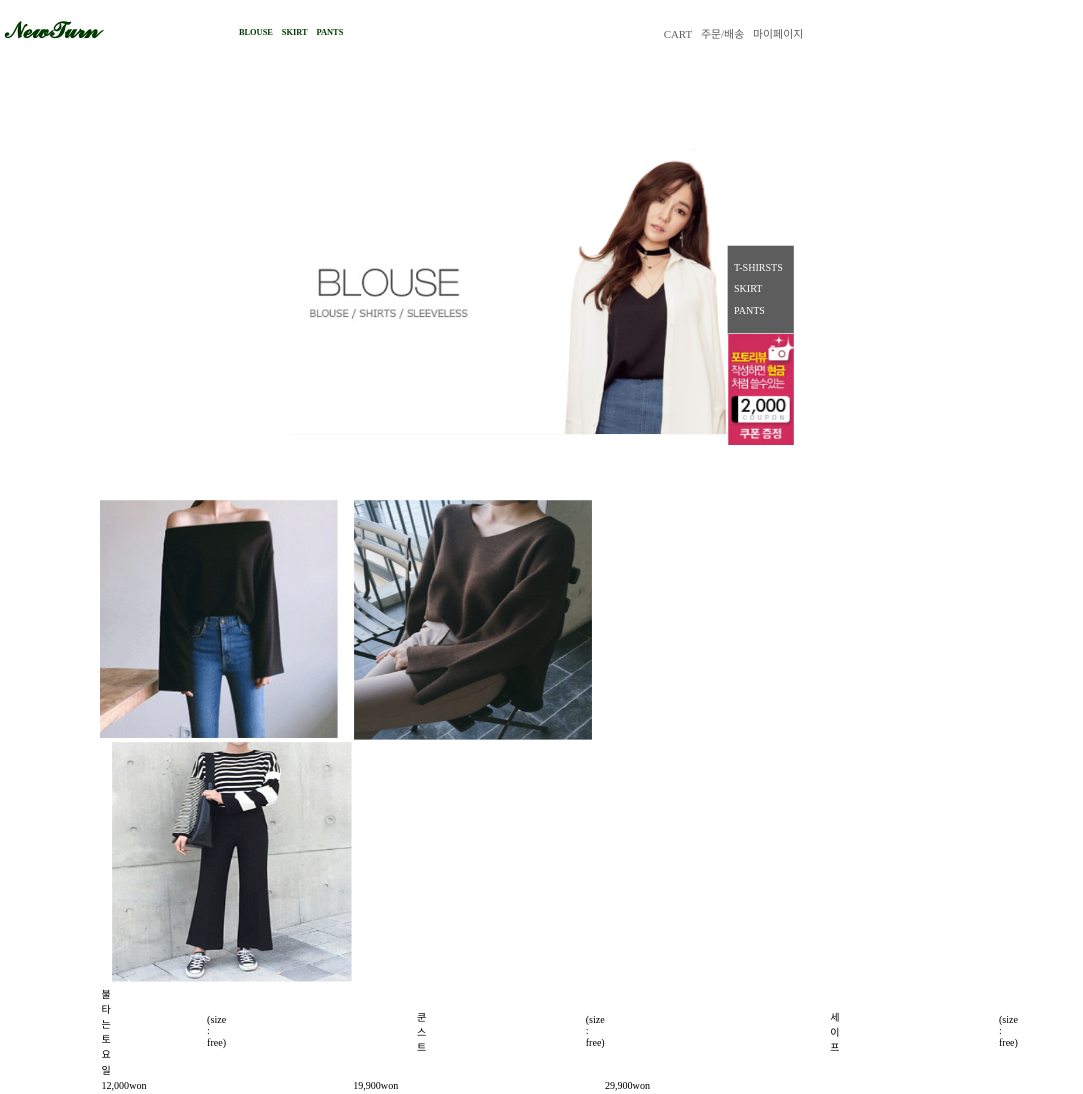
Repository: won0108/Port-Folio
Page: Creating_Homepage/Shopping/WebContent/top.html
An editor plug-in stored every save of this project. The page is shown before and after the next save, followed by the edit.
The browser window is 1280 px wide. The page is 1619 px wide, then 1719 px, so the pictures cover 1719 px, including what lies to the right of the window. The pictures show the whole page, at 63% of full size.

Above is the page before, as saved 2020-12-03 08:02:17.

After the next save:
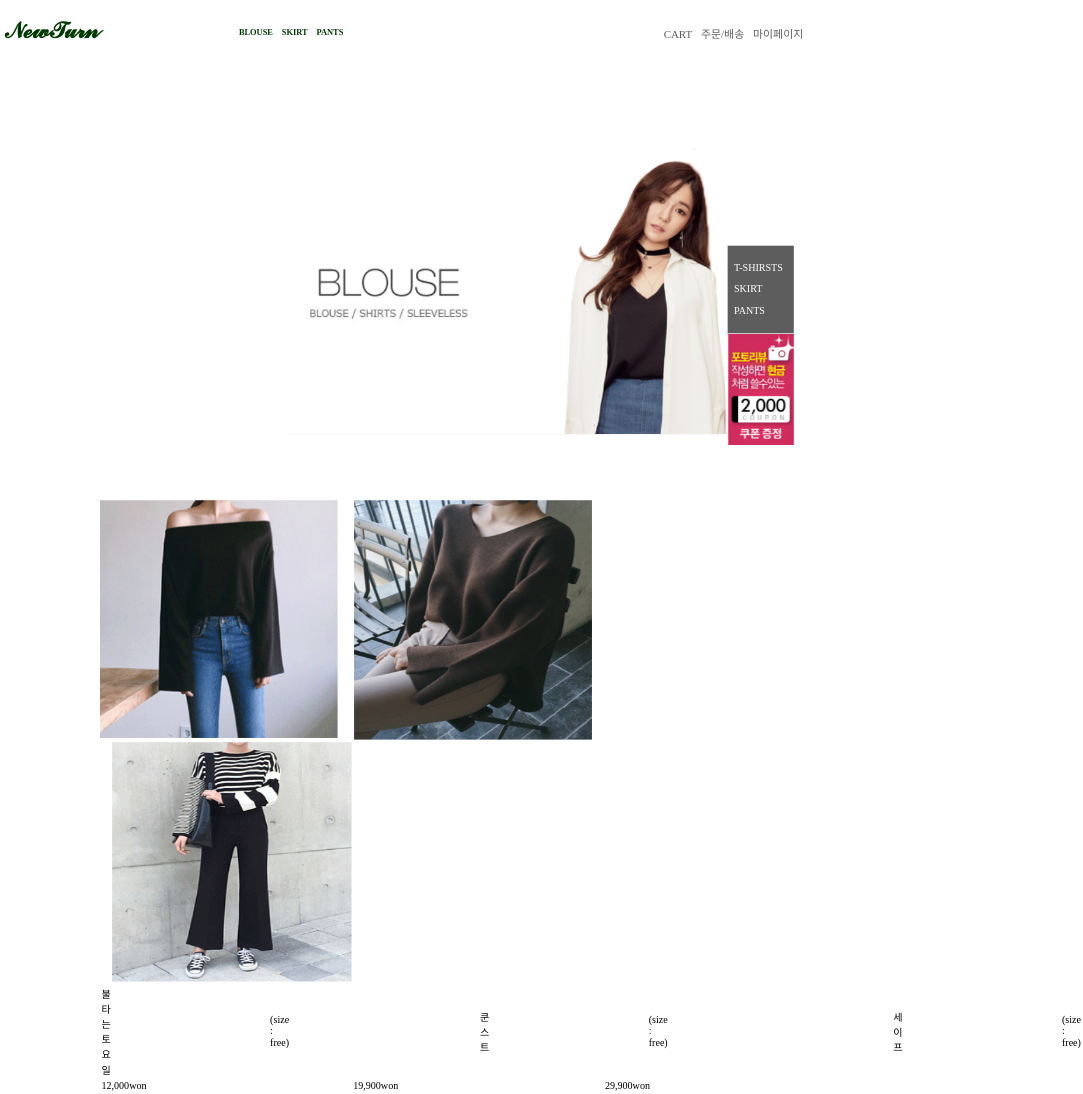
Saved 7 s later.
--- a/Creating_Homepage/Shopping/WebContent/top.html
+++ b/Creating_Homepage/Shopping/WebContent/top.html
@@ -78,7 +78,7 @@
 			<table>
 				<tr>
 					<td>불타는 토요일</td>
-					<td style="padding-left:150px;">(size : free)</td>
+					<td style="padding-left:250px;">(size : free)</td>
 					<td style="padding-left: 300px;">쿤스트</td>
 					<td style="padding-left:250px;">(size : free)</td>
 					<td style="padding-left: 355px;">세이프</td>
